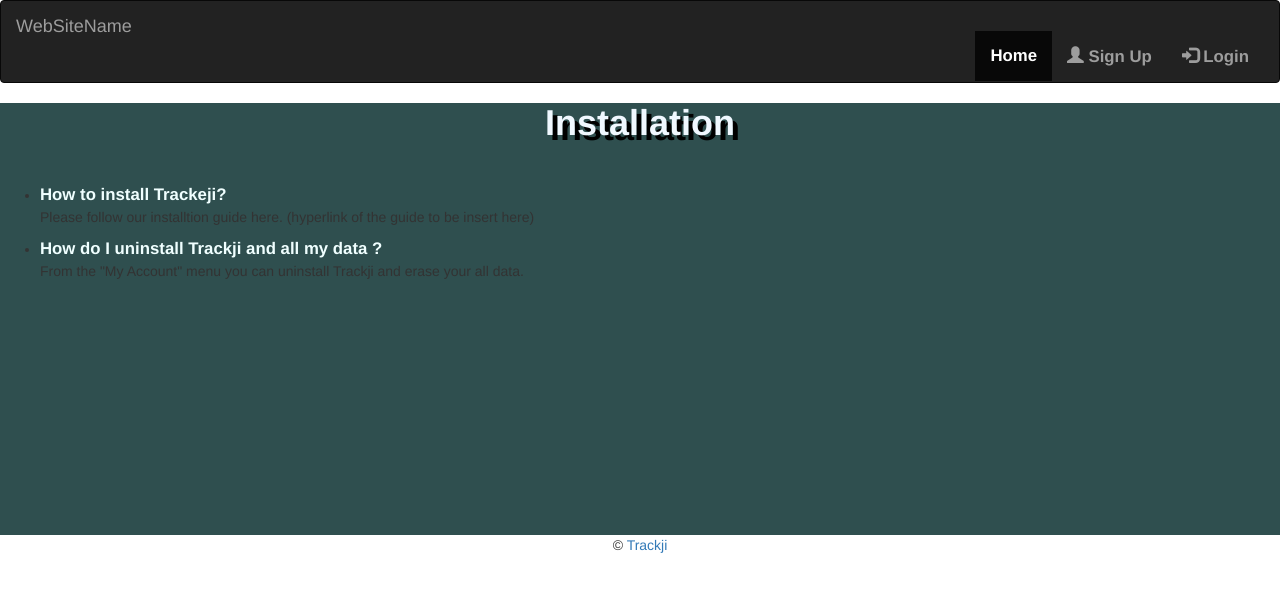
Repository: prathmeshgodbole/Web_Development
Page: Mobile_tracker/Installation.html
The author's editor kept a copy of each file at every save. The page is drawn from the files as they stood at one save, then again after the next save.
The browser window is 1280 px wide. The pictures show the whole page.

Above is the page before, as saved 2020-03-08 18:19:00.

### Mobile_tracker/Installation.html
<!DOCTYPE html>
<html lang="en">



<head>
    <title>Bootstrap Example</title>
    <meta charset="utf-8">
    <meta name="viewport" content="width=device-width, initial-scale=1">
    <link rel="stylesheet" href="https://maxcdn.bootstrapcdn.com/bootstrap/3.4.1/css/bootstrap.min.css">
    <link rel="stylesheet" href="./css/installation.css">
    <script src="https://ajax.googleapis.com/ajax/libs/jquery/3.4.1/jquery.min.js"></script>
    <script src="https://maxcdn.bootstrapcdn.com/bootstrap/3.4.1/js/bootstrap.min.js"></script>
</head>

<body>

    <nav class="navbar navbar-inverse">
        <div class="container-fluid">
            <div class="navbar-header">
                <button type="button" class="navbar-toggle" data-toggle="collapse" data-target="#myNavbar">
        <span class="icon-bar"></span>
        <span class="icon-bar"></span>
        <span class="icon-bar"></span>
      </button>
                <a class="navbar-brand" href="#">WebSiteName</a>
            </div>
            <div class="collapse navbar-collapse" id="myNavbar">

                <ul class="nav navbar-nav navbar-right">
                    <li class="active"><a href="#">Home</a></li>
                    <li><a href="#"><span class="glyphicon glyphicon-user"></span> Sign Up</a></li>
                    <li><a href="#"><span class="glyphicon glyphicon-log-in"></span> Login</a></li>
                </ul>
            </div>
        </div>
    </nav>

    <div class="section">
        <h1 class="section-title">Installation</h1>

        <ul class="article-list">

            <li class="article-promoted">
                <a href="">How to install Trackeji?</a>
                <p>Please follow our installtion guide here. (hyperlink of the guide to be insert here)</p>
            </li>

            <li class="article-promoted">
                <a href="">How do I uninstall Trackji and all my data ?</a>
                <p>From the "My Account" menu you can uninstall Trackji and erase your all data.</p>
            </li>

        </ul>
    </div>
    <!--/.container-->
    <footer class="footer container">
        <div class="container-inner">
            <p class="copyright">&copy; <a href=>Trackji</a></p>
        </div>
    </footer>



</body>

</html>

### Mobile_tracker/css/installation.css
*body {
    margin: 0%;
    padding: 0%;
}

.section {
    top: 0px;
    background-color: darkslategray;
    height: 60vh;
}

.section h1 {
    color: aliceblue;
    text-shadow: black 5px 5px;
    font-weight: bold;
    text-align: center;
}

ul {
    margin-top: 40px;
}

ul li a {
    color: azure;
    font-weight: bold;
    font-size: larger;
    margin-top: 30px;
}

ul li a p {
    margin-top: 10px;
}

.footer {
    text-align: center;
}

After the next save:
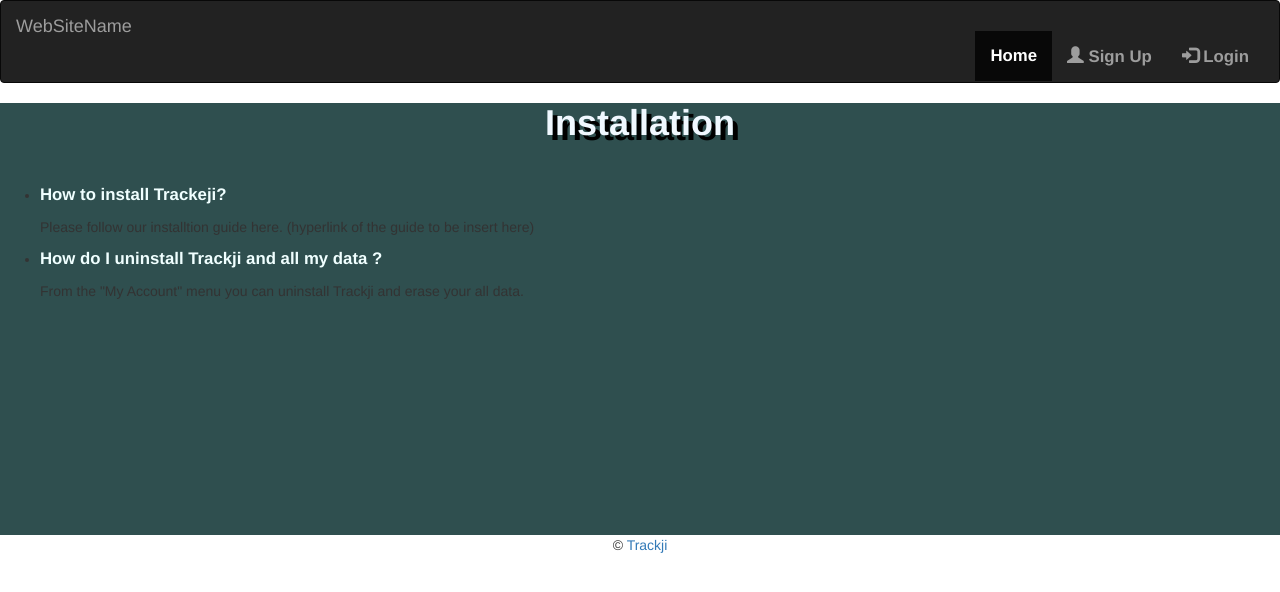
Saved 4 s later.
--- a/Mobile_tracker/css/installation.css
+++ b/Mobile_tracker/css/installation.css
@@ -27,7 +27,7 @@ ul li a {
     margin-top: 30px;
 }
 
-ul li a p {
+ul li p {
     margin-top: 10px;
 }
 
